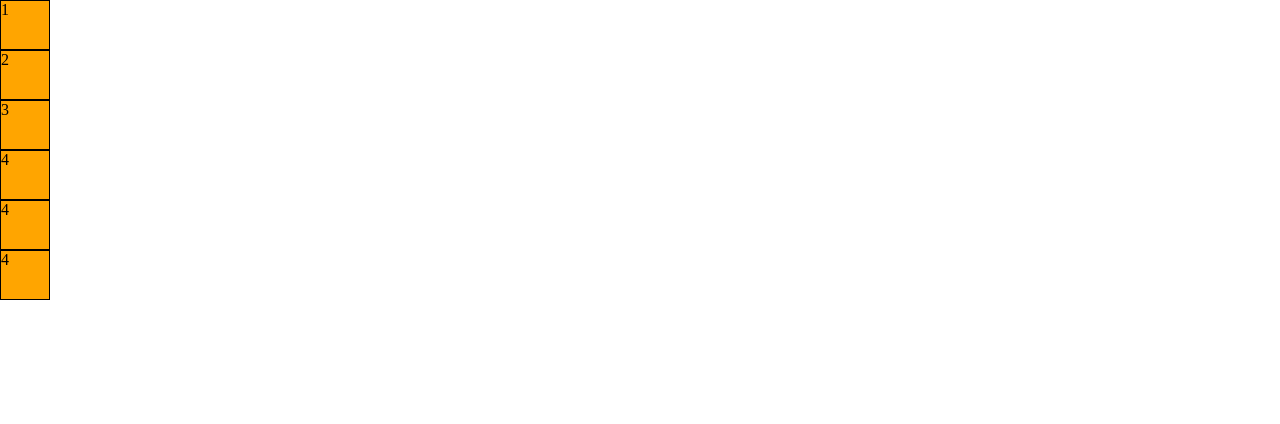
Repository: wisdomphamdev/flex-box
Page: index.html
The author's editor kept a copy of each file at every save. The page is drawn from the files as they stood at one save, then again after the next save.
The browser window is 1280 px wide. The pictures show the whole page.

Above is the page before, as saved 2024-06-10 21:26:48.

### index.html
<!DOCTYPE html>
<html lang="en">
<head>
    <meta charset="UTF-8">
    <meta name="viewport" content="width=device-width, initial-scale=1.0">
    <title>Document</title>
    <link rel="stylesheet" href="style.css">
</head>
<body>
    <div class="container">
        <div class="item">1</div>
        <div class="item">2</div>
        <div class="item">3</div>
        <div class="item">4</div>
        <div class="item">4</div>
        <div class="item">4</div>



    </div>
</body>
</html>

### style.css
* {
  padding: 0;
  margin: 0;
  box-sizing: border-box;
}

.item {
  height: 50px;
  width: 50px;
  border: 1px solid #000;
  background: orange;
}

.container {
    height
  display: flex;
  /* flex-direction: column; */
  /* flex-direction: row; */
  /* flex-direction: column-reverse;*/
  /* flex-direction: row-reverse; */
  /* flex-wrap:nowrap ; */
  /* flex-wrap:wrap ; */
  /* flex-wrap: wrap-reverse; */
  /* justify-content:center; */
  /* justify-content:flex-end ; */
  /* justify-content:flex-start ; */
  /* justify-content:space-between ; */
  /* justify-content:space-around ; */
  /* justify-content: space-evenly; */
  /* align-items: start; */
  align-items: center;
  /* align-items: end; */
  /* gap: 5px; */
}

After the next save:
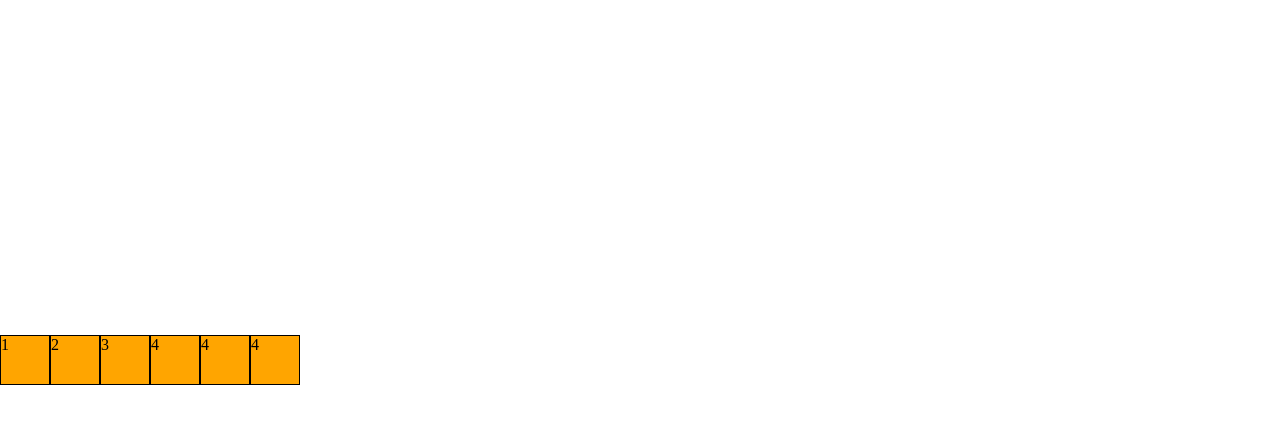
Saved 5 s later.
--- a/style.css
+++ b/style.css
@@ -12,7 +12,7 @@
 }
 
 .container {
-    height
+    height:100vh;
   display: flex;
   /* flex-direction: column; */
   /* flex-direction: row; */
